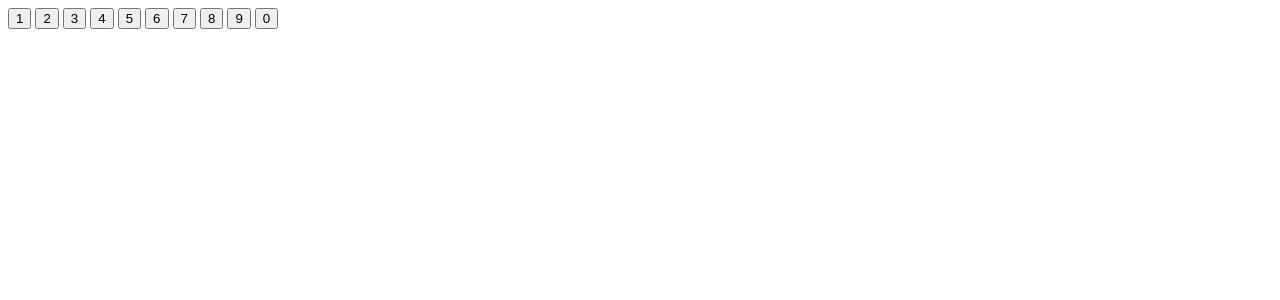
Repository: gautamsonam011/CMS
Page: http://localhost/calculator/
These files come from the project's save history. The page is drawn as it stood at one moment and after the next save; the edit follows.
The browser window is 1280 px wide. The pictures show the whole page.
The page is served by the project's application, run on Django 5.2 (manage.py). Other server files are loaded and not shown.

Above is the page before, as saved 2025-09-06 15:18:50.

### templates/calculator.html
<!DOCTYPE html>
<html lang="en">
<head>
    <meta charset="UTF-8">
    <meta name="viewport" content="width=device-width, initial-scale=1.0">
    <title>Calculator</title>
</head>
<body>
    <form action="" method="post">
        {% csrf_token %}

        <input type="submit" name="btn1" value="1">
        <input type="submit" name="btn2" value="2">
        <input type="submit" name="btn3" value="3">
        <input type="submit" name="btn4" value="4">
        <input type="submit" name="btn5" value="5">
        <input type="submit" name="btn6" value="6">
        <input type="submit" name="btn7" value="7">
        <input type="submit" name="btn8" value="8">
        <input type="submit" name="btn9" value="9">
        <input type="submit" name="btn0" value="0">

    </form>
</body>
</html>

### CMS/views.py
# Here write your logical code
# This is a business logic layer
from django.http import HttpResponse
from django.shortcuts import render

def client_request_response(request):
    return HttpResponse("<h1>Hello Django Project</h1>")

def request_add_two_numbers(request):
    return HttpResponse("<h1>Add two numbers and sum = 78 </h1>")

def request_message(request):
    return HttpResponse("<h1>'Message type content' refers to either the actual data or text within a message (the content of the message) or, in a technical context, the definition of the structure and type of data a message can hold, such as MIME message types, SAP message types, or message types in programming languages like Java. The specific meaning depends on whether you're talking about the message's substance or its programmatic definition and structure. </h1>")

def my_first_template(request):
    return render(request, 'firstfile.html')

def my_home_page(request):
    return render(request, 'home.html')

def my_about_page(request):
    if request.method == "POST":
        print(request.POST)

        name = request.POST.get("name")
        d = {
            'name': name
        }
        return render(request, "about.html", context=d)

# def my_about_page(request):
    # if request.method == "POST":
    #     print(request.POST)

    #     name = request.POST.get("name")
    #     d = {
    #         'name': name
    #     }
    #     return render(request, "about.html", context=d)

    # # Handle GET request
    # return render(request, "about.html")

def calculator_view(request):
    if request.method == "GET":
        resp = render(request, 'calculator.html')
        return resp

### CMS/urls.py

from django.contrib import admin
from django.urls import path
from . import views

urlpatterns = [
    path('admin/', admin.site.urls),
    path("client/", views.client_request_response),
    path("add/", views.request_add_two_numbers),
    path('message/', views.request_message),
    path('first/', views.my_first_template),
    path('home/', views.my_home_page),
    path('about/', views.my_about_page),
    path('calculator/', views.calculator_view),
]

After the next save:
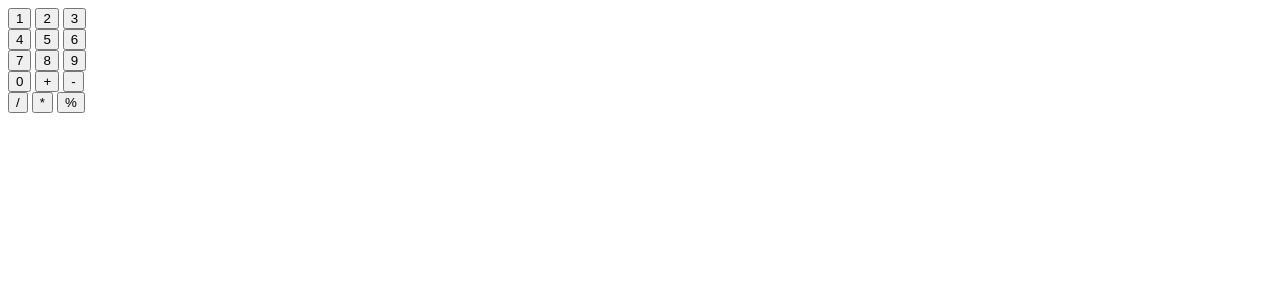
Saved 8 min 55 s later.
--- a/templates/calculator.html
+++ b/templates/calculator.html
@@ -8,17 +8,27 @@
 <body>
     <form action="" method="post">
         {% csrf_token %}
-
-        <input type="submit" name="btn1" value="1">
-        <input type="submit" name="btn2" value="2">
-        <input type="submit" name="btn3" value="3">
-        <input type="submit" name="btn4" value="4">
-        <input type="submit" name="btn5" value="5">
-        <input type="submit" name="btn6" value="6">
-        <input type="submit" name="btn7" value="7">
-        <input type="submit" name="btn8" value="8">
-        <input type="submit" name="btn9" value="9">
-        <input type="submit" name="btn0" value="0">
+        <div>
+            <input type="submit" name="btn1" value="1">
+            <input type="submit" name="btn2" value="2">
+            <input type="submit" name="btn3" value="3">
+            <br/>
+            <input type="submit" name="btn4" value="4">
+            <input type="submit" name="btn5" value="5">
+            <input type="submit" name="btn6" value="6">
+            <br/>
+            <input type="submit" name="btn7" value="7">
+            <input type="submit" name="btn8" value="8">
+            <input type="submit" name="btn9" value="9">
+            <br/>
+            <input type="submit" name="btn0" value="0">
+            <input type="submit" name="sum" value="+">
+            <input type="submit" name="sub" value="-">
+            <br/>
+            <input type="submit" name="div" value="/">
+            <input type="submit" name="mult" value="*">
+            <input type="submit" name="mod" value="%">
+        </div>
 
     </form>
 </body>
